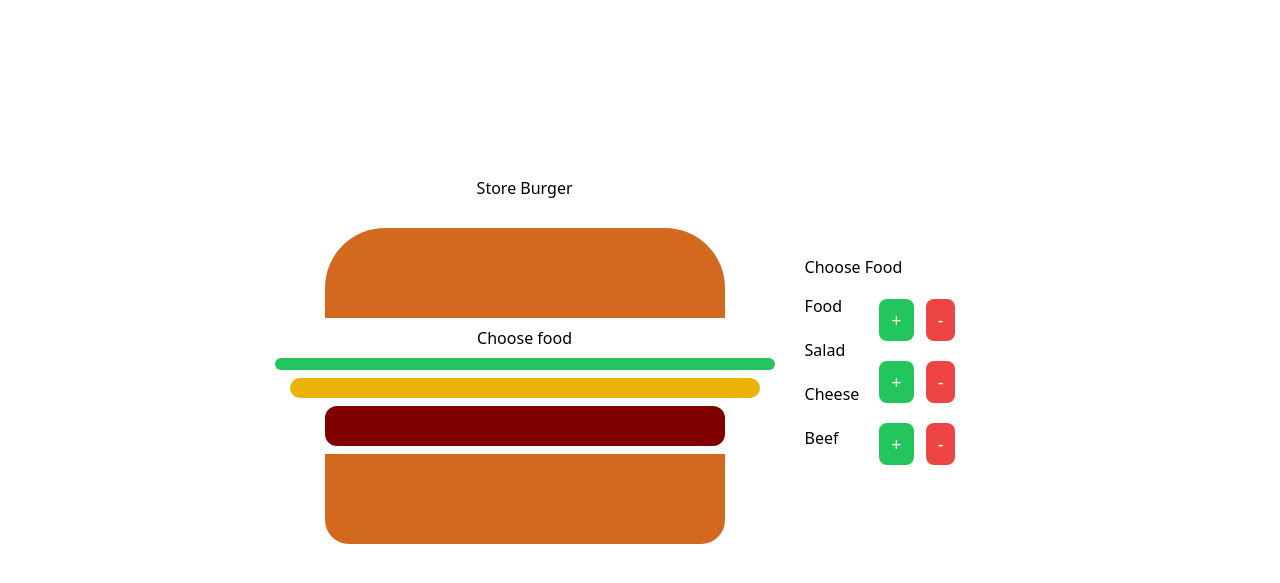
Repository: baobaodeveloper/bootcamp21_HuynhAnhBao_Burger
Page: /
An editor plug-in stored every save of this project. The page is shown before and after the next save, followed by the edit.
The browser window is 1280 px wide. The pictures show the whole page.
The project was rebuilt for these pictures with package versions that can differ from the ones it lists, and the page was loaded fresh each time. Also part of the build but not shown: vite.config.js.

Above is the page before, as saved 2022-05-15 17:02:49.

### src/App.jsx
import Burger from "./components/Burger";

function App() {
  return <Burger></Burger>;
}

export default App;

### src/components/Burger.jsx
import React from "react";

export default function Burger() {
  return (
    <div>
      <div className="flex items-center gap-x-20  w-screen h-screen mx-auto justify-center">
        <div className="flex flex-col justify-center items-center gap-y-2 w-[400px]">
          <h2 className="mb-20">Store Burger</h2>
          <div className="bg-[#D2691E] w-full h-[30px] relative">
            <div className="bg-[#D2691E] w-full h-[60px] absolute top-0 left-0 -translate-y-[60px] rounded-tl-full rounded-tr-full"></div>
          </div>
          <p>Choose food</p>
          {/* loop here */}
          <div className="h-3 bg-green-500 w-[500px] rounded-full"></div>
          <div className="h-5 bg-yellow-500 w-[470px] rounded-full"></div>
          <div className="h-10 bg-[#800000] w-[400px] rounded-xl"></div>

          <div className="w-full bg-[#D2691E] h-[90px] rounded-br-3xl rounded-bl-3xl"></div>
        </div>

        <div className="">
          <h2>Choose Food</h2>
          <div className="flex items-center gap-x-5">
            <div className="flex flex-col gap-y-5">
              <span>Food</span>
              <span>Salad</span>
              <span>Cheese</span>
              <span>Beef</span>
            </div>

            <div className="flex flex-col gap-y-5">
              <span></span>
              <span className="flex gap-x-3">
                <button className="p-3 leading-none text-lg bg-green-500 text-white rounded-lg">
                  +
                </button>
                <button className="p-3 leading-none text-lg bg-red-500 text-white rounded-lg">
                  -
                </button>
              </span>
              <span className="flex gap-x-3">
                <button className="p-3 leading-none text-lg bg-green-500 text-white rounded-lg">
                  +
                </button>
                <button className="p-3 leading-none text-lg bg-red-500 text-white rounded-lg">
                  -
                </button>
              </span>
              <span className="flex gap-x-3">
                <button className="p-3 leading-none text-lg bg-green-500 text-white rounded-lg">
                  +
                </button>
                <button className="p-3 leading-none text-lg bg-red-500 text-white rounded-lg">
                  -
                </button>
              </span>
            </div>
          </div>
        </div>
      </div>
    </div>
  );
}

Loaded but not shown: index.html (common file); src/main.jsx (common file); src/index.scss (common file); tailwind.config.js (common file)

After the next save:
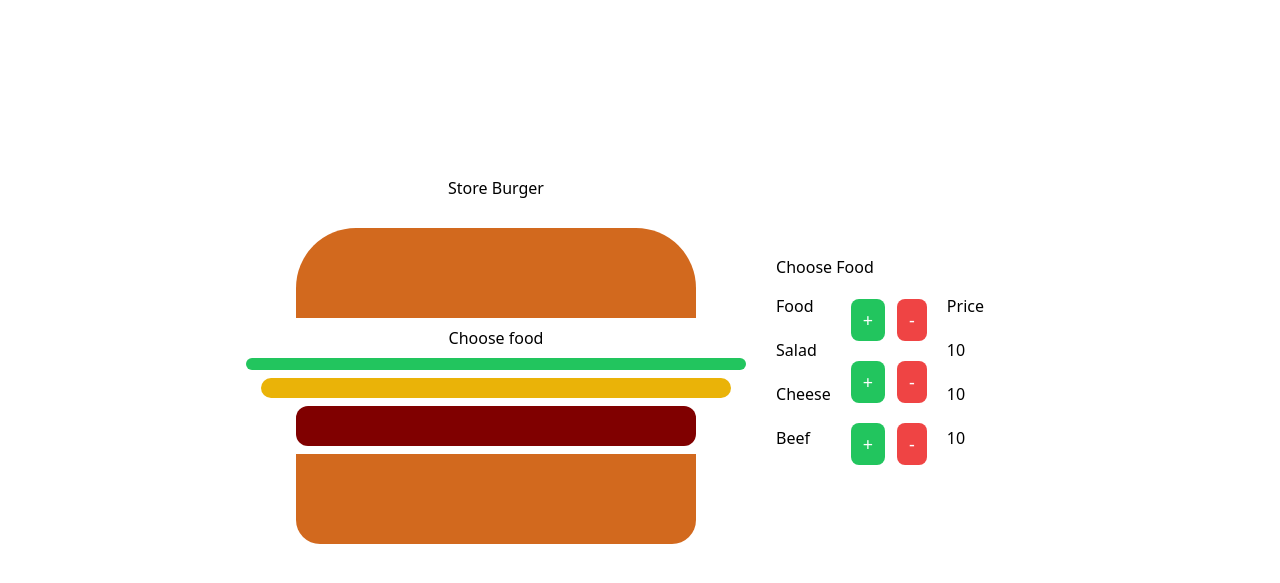
Saved 70 s later.
--- a/src/components/Burger.jsx
+++ b/src/components/Burger.jsx
@@ -55,6 +55,12 @@ export default function Burger() {
                 </button>
               </span>
             </div>
+            <div className="flex flex-col gap-y-5">
+              <span>Price</span>
+              <span>10</span>
+              <span>10</span>
+              <span>10</span>
+            </div>
           </div>
         </div>
       </div>
